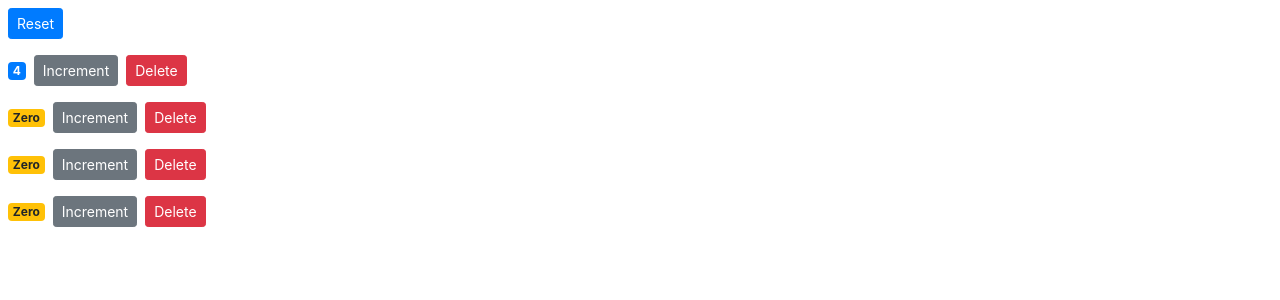
Repository: smk87/First-React-App
Page: /
An editor plug-in stored every save of this project. The page is shown before and after the next save, followed by the edit.
The browser window is 1280 px wide. The pictures show the whole page.
The project was rebuilt for these pictures with package versions that can differ from the ones it lists, and the page was loaded fresh each time. Also part of the build but not shown: src/App.css, src/App.js.

Above is the page before, as saved 2019-01-05 18:53:56.

After the next save:
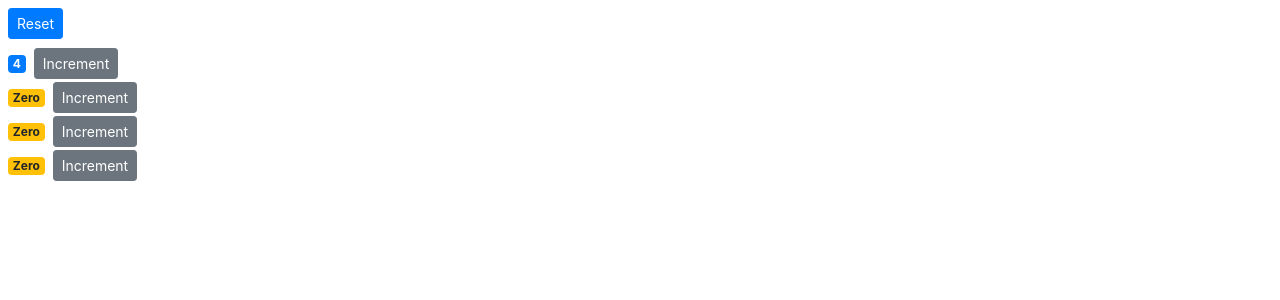
Saved 116 s later.
--- a/src/components/counter.jsx
+++ b/src/components/counter.jsx
@@ -36,12 +36,6 @@
         >
           Increment
         </button>
-        <button
-          onClick={() => this.props.onDelete(this.props.counter.id)}
-          className="btn btn-danger btn-sm m-2"
-        >
-          Delete
-        </button>
       </div>
     );
   }

After the save that followed:
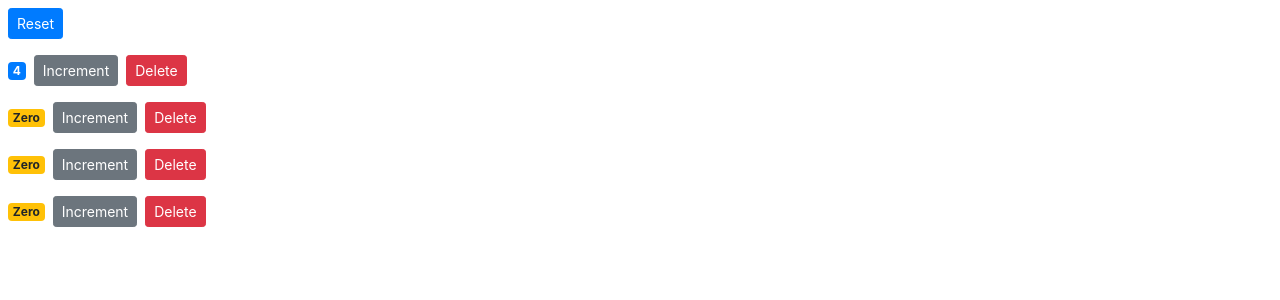
Saved 4 s later.
--- a/src/components/counter.jsx
+++ b/src/components/counter.jsx
@@ -36,6 +36,12 @@
         >
           Increment
         </button>
+        <button
+          onClick={() => this.props.onDelete(this.props.counter.id)}
+          className="btn btn-danger btn-sm m-2"
+        >
+          Delete
+        </button>
       </div>
     );
   }
